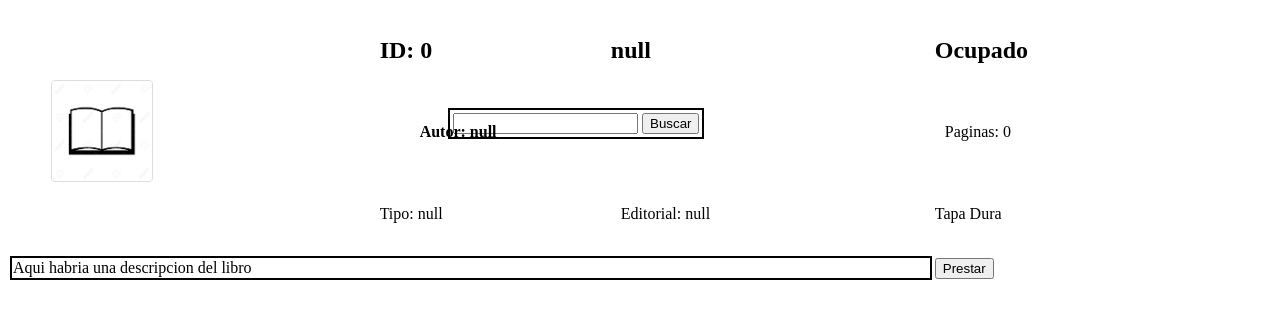
Repository: i72frpeu/IW_Bien
Page: http://localhost/Trabajo_IW/Vistas/Libro Admin.jsp
These files come from the project's save history. The page is drawn as it stood at one moment and after the next save; the edit follows.
The browser window is 1280 px wide. The pictures show the whole page.
The page is served by Tomcat 9. Other server files are loaded and not shown.

Above is the page before, as saved 2020-05-22 12:17:05.

### WorkSpace/Trabajo IW/WebContent/Vistas/Libro Admin.jsp
<%@ page language="java" contentType="text/html; charset=ISO-8859-1" pageEncoding="ISO-8859-1"%>
<jsp:useBean id="libroactivo" class="trabajo.IW.LibroBean" scope="session" />
<jsp:useBean id="Usuario" class="trabajo.IW.UsuarioBean" scope="session" />
<%
if(Usuario.getTipo() == 1){
%>
<%@ include file="../Includes/header.jsp" %>
<%
}else{
	if(Usuario.getTipo() == 2){
%>
<%@ include file="../Includes/headerprof.jsp" %>
<%
}else{
	if(Usuario.getTipo() == 3){
%>
<%@ include file="../Includes/headeradmin.jsp" %>
<%
}}}
%>

<!DOCTYPE html>

<html>

<head>
	<meta charset="ISO-8859-1">
	<title>Libro (Admin)</title>
	<link rel="stylesheet" type="text/css" href="../CSS/wf4.0.css">
</head>

<body>
  <!--Roll de artículos-->

  <div class="buscador">
  	<form>
  		<table>
  		<tr>
  		<td><input type="text" name="buscar" required></td>
  		<td><input type="submit" value="Buscar"></td>
  		</tr>
  		</table>
  	</form>
  </div>

  <div class="div_home">
  		<table class = "tablalibro">
		<tr class = "nombrelibro">
			<td rowspan = 3> <img src="../img/libro.png" alt="IMG_USER" class="imagenlibro"> </td> <td> <h2>ID: <%= libroactivo.getId_libro() %></h2>  </td> <td> <h2><%= libroactivo.getTitulo() %></h2>  </td> <td> <% if(libroactivo.getReservado() == 1){ %> <h2> Libre </h2> <%}else{ %> <h2> Ocupado </h2><% }%></td>
		</tr>
		<tr class = "autorlibro">
			<td colspan = 2> <h4 class = "autor"> Autor:  <%= libroactivo.getAutor() %> </h4></td> <td> <p class = "paginas">Paginas: <%= libroactivo.getPaginas() %> </p></td>
		</tr>
		<tr class = "autorlibro">
			<td> Tipo: <%= libroactivo.getMateria() %> </td> <td><p class = "paginas"> Editorial: <%= libroactivo.getEditorial() %> </p> </td> <td> <% if(libroactivo.getEncuadernamiento() == 1){ %> Tapa Blanda <%}else{ %> Tapa Dura <% } %></td>
		</tr>
		<tr>
			<td class = "tdlibro" colspan = 3> Aqui habria una descripcion del libro </td> <td> <a href = "Formulario Prestamo.jsp"><button>Prestar</button></a> </td>
		</tr>
	</table>
  </div>


</body>

</html>

### WorkSpace/Trabajo IW/WebContent/Includes/header.jsp

<!DOCTYPE html>
<html>

<head>
	<meta charset="ISO-8859-1">
	<link rel="stylesheet" type="text/css" href="../CSS/header.css">
</head>

<body>
  <header class="main-header">
    <!--Definimos el logo-->
    <img src="../img/logo.PNG" alt="LOGO" class="logo_home">
    <!--Enlace a HOME-->
	<a href="../Controlador/Home.jsp" class="link_home"><strong>HOME</strong></a>
    <!--Enlace a AMIGOS-->
    <a href="Home Reservas.jsp" class="link_amigos"><strong>RESERVAS</strong></a>
    <!--Enlace a BUSCADOR-->
    <a href="Home Prestamos.jsp" class="link_buscador"><strong>PRESTAMOS</strong></a>
    <!--Definimos imagen usuario-->
    <div>
      <img src="../img/profile-42914_960_720.png" alt="IMG_USER" class="img_user">
      <div class="options_user">
      	<h3><jsp:getProperty name="Usuario" property="usuario" /></h3>
      </div>
    </div>
  </header>
 </body>
 </html>

### WorkSpace/Trabajo IW/WebContent/Includes/headerprof.jsp

<!DOCTYPE html>
<html>

<head>
	<meta charset="ISO-8859-1">
	<link rel="stylesheet" type="text/css" href="../CSS/headerprof.css">
</head>

<body>
  <header class="main-header">
    <!--Definimos el logo-->
    <img src="../img/logo.PNG" alt="LOGO" class="logo_home">
    <!--Enlace a HOME-->
	<a href="../Controlador/Home.jsp" class="link_home"><strong>HOME</strong></a>
    <!--Enlace a Reservas-->
    <a href="Home Reservas.jsp" class="link_amigos"><strong>RESERVAS</strong></a>
    <!--Enlace a Prestamos-->
    <a href="Home Prestamos.jsp" class="link_buscador"><strong>PRESTAMOS</strong></a>
    <!-- Enlace pedidos -->
    <a href="Home Pedidos.jsp" class="link_foro"><strong>PEDIDOS</strong></a>
    <!--Definimos imagen usuario-->
    <div>
      <img src="../img/profile-42914_960_720.png" alt="IMG_USER" class="img_user">
      <div class="options_user">
      	<h3><jsp:getProperty name="Usuario" property="usuario" /></h3>
      </div>
    </div>
  </header>
 </body>
 </html>

### WorkSpace/Trabajo IW/WebContent/Includes/headeradmin.jsp

<!DOCTYPE html>
<html>

<head>
	<meta charset="ISO-8859-1">
		<link rel="stylesheet" type="text/css" href="../CSS/headeradmin.css">
</head>

<body>
  <header class="main-header">
    <!--Definimos el logo-->
    <img src="../img/logo.PNG" alt="LOGO" class="logo_home">
    <!--Enlace a HOME-->
	<a href="../Controlador/Home.jsp" class="link_home"><strong>HOME</strong></a>
    <!--Enlace a Reservas-->
    <a href="Home Reservas.jsp" class="link_amigos"><strong>RESERVAS</strong></a>
    <!--Enlace a Prestamos-->
    <a href="Home Prestamos.jsp" class="link_buscador"><strong>PRESTAMOS</strong></a>
    <!-- Enlace pedidos -->
    <a href="Home Pedidos.jsp" class="link_foro"><strong>PEDIDOS</strong></a>
    <!--Definimos imagen usuario-->
    <a href="Home Expansiones.jsp" class="link_Expansiones"><strong>EXPANSIONES</strong></a>
    <div>
      <img src="../img/profile-42914_960_720.png" alt="IMG_USER" class="img_user">
      <div class="options_user">
      	<h3><jsp:getProperty name="Usuario" property="usuario" /></h3>
      </div>
    </div>
  </header>
 </body>
 </html>

### WorkSpace/Trabajo IW/src/trabajo/IW/LibroBean.java
package trabajo.IW;

/**
 *
 * Clase Libro que contiene la informacion de los libros del sistema
 *
 */
public class LibroBean {
	private int id_libro;
	private String Titulo;
	private String Autor;
	private String Materia;
	private String Editorial;
	private int Paginas;
	private int Encuadernamiento;
	private int reservado;

	/**
	 * Observador de Id_libro
	 * @return identificador del libro
	 */
	public int getId_libro() {
		return id_libro;
	}

	/**
	 * Modificador de Id_libro
	 * @param id_libro
	 */
	public void setId_libro(int id_libro) {
		this.id_libro = id_libro;
	}

	/**
	 * Observador de Titulo
	 * @return titulo del libro
	 */
	public String getTitulo() {
		return Titulo;
	}

	/**
	 * Modificador de Titulo
	 * @param titulo
	 */
	public void setTitulo(String titulo) {
		Titulo = titulo;
	}

	/**
	 * Observador de Autor
	 * @return autor del libro
	 */
	public String getAutor() {
		return Autor;
	}

	/**
	 * Modificador de Autor
	 * @param autor
	 */
	public void setAutor(String autor) {
		Autor = autor;
	}

	/**
	 * Observador de Matera
	 * @return materia del libro
	 */
	public String getMateria() {
		return Materia;
	}

	/**
	 * Modificador de Materia
	 * @param materia
	 */
	public void setMateria(String materia) {
		Materia = materia;
	}

	/**
	 * Observador de Editorial
	 * @return editorial del libro
	 */
	public String getEditorial() {
		return Editorial;
	}

	/**
	 * Modificador de Editorial
	 * @param editorial
	 */
	public void setEditorial(String editorial) {
		Editorial = editorial;
	}

	/**
	 * Observador de Paginas
	 * @return numero de paginas del libro
	 */
	public int getPaginas() {
		return Paginas;
	}

	/**
	 * Modificador de Paginas
	 * @param paginas
	 */
	public void setPaginas(int paginas) {
		Paginas = paginas;
	}

	/**
	 * Observador de Encuadernamiento
	 * @return encuadernamiento del libro
	 */
	public int getEncuadernamiento() {
		return Encuadernamiento;
	}

	/**
	 * Modificador de Encuadernamiento
	 * @param encuadernamiento
	 */
	public void setEncuadernamiento(int encuadernamiento) {
		Encuadernamiento = encuadernamiento;
	}

	/**
	 * Observador de Reservado
	 * @return estado de reserva del libro
	 */
	public int getReservado() {
		return reservado;
	}

	/**
	 * Modificador de Reservado
	 * @param reservado
	 */
	public void setReservado(int reservado) {
		this.reservado = reservado;
	}
}

### WorkSpace/Trabajo IW/src/trabajo/IW/UsuarioBean.java
package trabajo.IW;
import java.io.*;
import java.util.Scanner;
import java.io.IOException;
import java.io.Writer;
import java.io.BufferedWriter;
import java.io.FileWriter;

/**
 * Clase Usuario que contiene la informacion de los usuarios del sistema
 */
public class UsuarioBean {

  private int id;
  private int tipo; //0 = Admin, 1 = Alumno, 2 = Profesor
  private String nombre;
  private String apellido1;
  private String usuario;
  private String password;
  private String email;
  private String carnet_universidad;

  /**
   * Constructor de la clase Usuario sin parametrizar
   */
	public UsuarioBean(){
		this.id = -1;
		this.tipo = -1;
		this.nombre = null;
		this.apellido1 = null;
		this.usuario = null;
		this.password = null;
		this.email = null;
		this.carnet_universidad = null;
	}
	/**
	 * Contructor de la clase Usuario con parametros
	 * @param id
	 * @param tipo
	 * @param nombre
	 * @param apellido1
	 * @param apellido2
	 * @param usuario
	 * @param password
	 * @param email
	 * @param carnet_universidad
	 */
  public UsuarioBean(int id, int tipo, String nombre, String apellido1, String apellido2, String usuario, String password, String email, String carnet_universidad){
		this.id = id;
    this.tipo = tipo;
    this.nombre = nombre;
    this.apellido1 = apellido1;
    this.usuario = usuario;
    this.password = password;
    this.email = email;
    this.carnet_universidad = carnet_universidad;
	}
  /**
   * Observador de ID
   * @return Identificador del Usuario
   */
  public int getID(){
		return id;
	}
  /**
   * Obeservador de Tipo
   * @return Tipo de Usuario
   */
  public int getTipo(){
		return tipo;
	}
  /**
   * Observador de Nombre
   * @return Nombre del Usuario
   */
	public String getNombre(){
		return nombre;
	}
	/**
	 * Observador de Apellido1
	 * @return Apellido de usuario
	 */
  public String getApellido1(){
    return apellido1;
  }
  /**
   * Observador de Usuario
   * @return Usuario de Usuario
   */
  public String getUsuario(){
		return usuario;
	}
  /**
   * Observador de Password
   * @return Contraseña de Usuario
   */
  public String getPassword(){
		return password;
	}
  /**
   * Observador de Email
   * @return Email de Usuario
   */
  public String getEmail(){
		return email;
	}
  /**
   * Observador de Carnet
   * @return Carnet de Usuario
   */
  public String getCarnet(){
		return carnet_universidad;
	}
  /**
   * Modificador de ID
   * @param id
   */
  public void setID(int id){
    this.id = id;
  }
  /**
   * Modificador de Tipo
   * @param tipo
   */
  public void setTipo(int tipo){
    this.tipo = tipo;
  }
  /**
   * Modificador de Nombre
   * @param nombre
   */
  public void setNombre(String nombre){
    this.nombre = nombre;
  }
  /**
   * Modificador de Apellido1
   * @param apellido1
   */
  public void setApellido1(String apellido1){
    this.apellido1 = apellido1;
  }
  /**
   * Modificador de Usuario
   * @param usuario
   */
  public void setUsuario(String usuario){
    this.usuario = usuario;
  }
  /**
   * Modificador de Password
   * @param password
   */
  public void setPassword(String password){
    this.password = password;
  }
  /**
   * Modificador de Email
   * @param email
   */
  public void setEmail(String email){
    this.email = email;
  }
  /**
   * Modificador de Carnet
   * @param carnet_universidad
   */
  public void setCarnet(String carnet_universidad){
    this.carnet_universidad = carnet_universidad;
  }
  /**
   * Iniciador de Sesion del Usuario
   * @param email
   * @param password
   * @return True si se inicia sesion, false si no se inicia
   */
  public boolean iniciarSesion(String email, String password){
	  File f1 = new File("Usuarios.csv");
	  if(f1.exists()) {
		  Scanner fich = null;
		  try {
			  fich = new Scanner(f1);
			  while(fich.hasNext()) {
				  String[] linea = fich.nextLine().split(",");
				  String comp = linea[6];
				  if(comp.equals(email)) {
					 String comp_pass = linea[5];
					 if(comp_pass.equals(password)) {
						 this.setID(Integer.parseInt(linea[0]));
						 this.setTipo(Integer.parseInt(linea[1]));
						 this.setNombre(linea[2]);
						 this.setApellido1(linea[3]);
						 this.setUsuario(linea[4]);
						 this.setEmail(linea[6]);
						 this.setCarnet(linea[7]);

						 return true;
					 }
				  }
			  }
		  }catch(IOException e) {
				System.out.println(e);
		  }finally{
				fich.close();
		}
	  }else {

	  }
	  return false;
  }

  /**
   * Resgistra a Usuario en el sistema
   * @param id
   * @param tipo
   * @param nombre
   * @param apellido1
   * @param usuario
   * @param password
   * @param email
   * @param carnet_universidad
   * @return True si se ha podido registrar, false si no se ha podido
   * @throws IOException
   */
  public boolean registrarse(int id, int tipo, String nombre, String apellido1, String usuario, String password, String email, String carnet_universidad) throws IOException{
	  Writer output = new BufferedWriter(new FileWriter("Usuarios.csv",true));
    String data = id + "," + tipo + "," + nombre + "," + apellido1 + "," + usuario + "," + password + "," + email + "," + carnet_universidad;
    try{
  	   output.append(data + "\n");
  	  output.close();
  	  return true;
    }catch(IOException e) {
	  System.out.println(e);
    }finally{
  	  output.close();
    }
    return false;
  }

  /**
   * Calcula el numero de usuarios en el sistema
   * @return numero de usuarios en el sistema
   */
  public int numeroUsers() {
	  File f1 = new File("Usuarios.csv");
	  if(f1.exists()) {
		  Scanner fich = null;
		  int cont = 0;
		  try {
			  fich = new Scanner(f1);
			  while(fich.hasNext()) {
				  	fich.nextLine();
				  	cont++;
			  }
		  }catch(IOException e) {
				System.out.println(e);
		  }finally{
				fich.close();
		  }
		 return cont+1;
  }
	return -1;

}

}

### WorkSpace/Trabajo IW/WebContent/CSS/wf4.0.css
.link_home
{
	background-color: rgb(170, 167, 167);
}

div.buscador
{
	background-color: white;
	border: 2px solid black;
	position: fixed;
	top: 15%;
	left: 35%;
}

table.tablalibro
{
	width: 100%;
	border: 2px;
	height: 100%;
}

.tdlibro
{
	border: 2px solid black;
}

.autor
{
	position: relative;
	left: 40px;
}

.paginas
{
	position: relative;
	left: 10px;
}

.imagenlibro
{
	position: relative;
	top: 1px;
	left: 40px;
	height: 100px;
	width: 100px;
	border: 1px solid #ddd;
  	border-radius: 4px;
}

.guardar_libro
{
	background-color: white;
	border: 2px solid black;
	position: fixed;
	top: 75%;
	left: 85%;
}

.nombrelibro
{
	height: 80px;
	width: 100px;
}

.autorlibro{
	height: 80px;
	width: 100px;
}

After the next save:
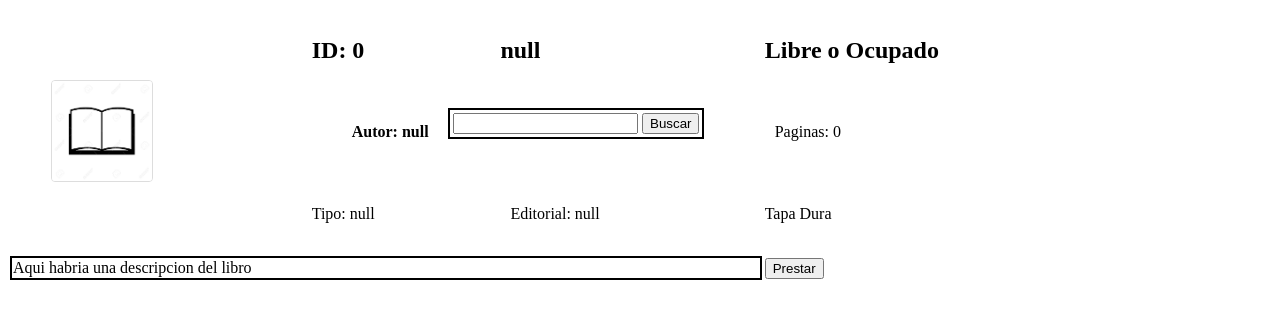
Saved 2 min 30 s later.
--- a/WorkSpace/Trabajo IW/WebContent/Vistas/Libro Admin.jsp
+++ b/WorkSpace/Trabajo IW/WebContent/Vistas/Libro Admin.jsp
@@ -46,7 +46,7 @@ if(Usuario.getTipo() == 1){
   <div class="div_home">
   		<table class = "tablalibro">
 		<tr class = "nombrelibro">
-			<td rowspan = 3> <img src="../img/libro.png" alt="IMG_USER" class="imagenlibro"> </td> <td> <h2>ID: <%= libroactivo.getId_libro() %></h2>  </td> <td> <h2><%= libroactivo.getTitulo() %></h2>  </td> <td> <% if(libroactivo.getReservado() == 1){ %> <h2> Libre </h2> <%}else{ %> <h2> Ocupado </h2><% }%></td>
+			<td rowspan = 3> <img src="../img/libro.png" alt="IMG_USER" class="imagenlibro"> </td> <td> <h2>ID: <%= libroactivo.getId_libro() %></h2>  </td> <td> <h2><%= libroactivo.getTitulo() %></h2>  </td> <td> <h2>Libre o Ocupado</h2></td>
 		</tr>
 		<tr class = "autorlibro">
 			<td colspan = 2> <h4 class = "autor"> Autor:  <%= libroactivo.getAutor() %> </h4></td> <td> <p class = "paginas">Paginas: <%= libroactivo.getPaginas() %> </p></td>
